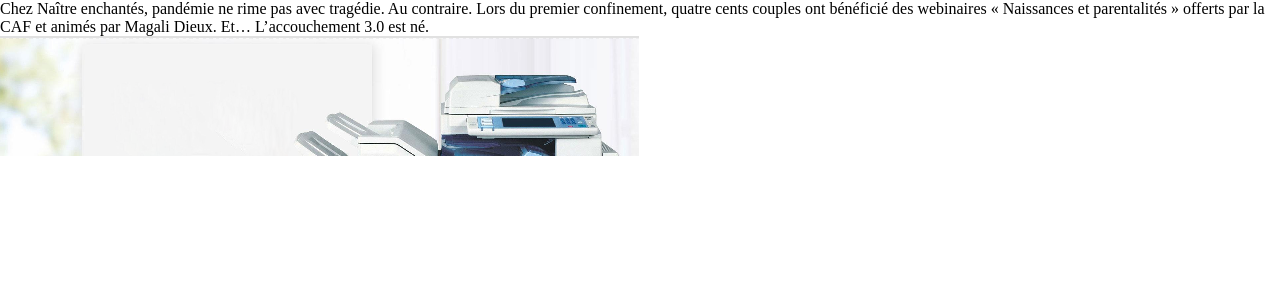
Repository: clairedupuich/kong_jian
Page: sllider_simple/index.html
An editor plug-in stored every save of this project. The page is shown before and after the next save, followed by the edit.
The browser window is 1280 px wide. The pictures show the whole page.

Above is the page before, as saved 2020-12-07 22:37:17.

After the next save:
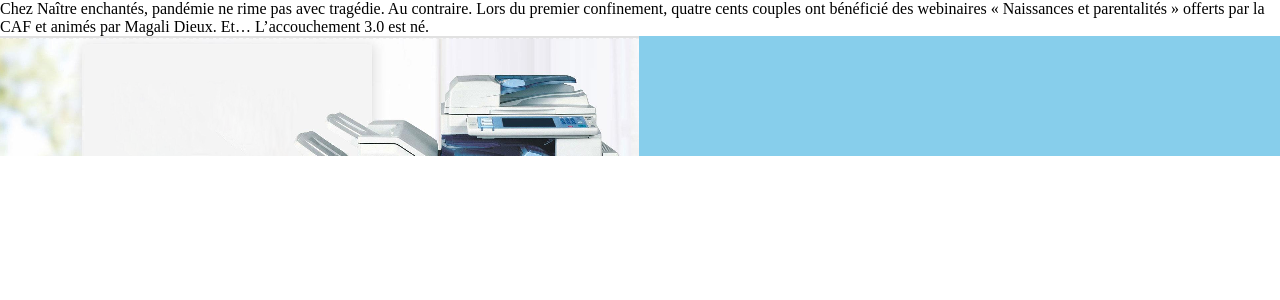
Saved 6 s later.
--- a/sllider_simple/style.css
+++ b/sllider_simple/style.css
@@ -31,7 +31,7 @@ ul {
 
 #img_list li {
     float: left;
-    width: 100%
+    width: 100%;
     height: 120px;
 }
 

After the 2 saves that followed:
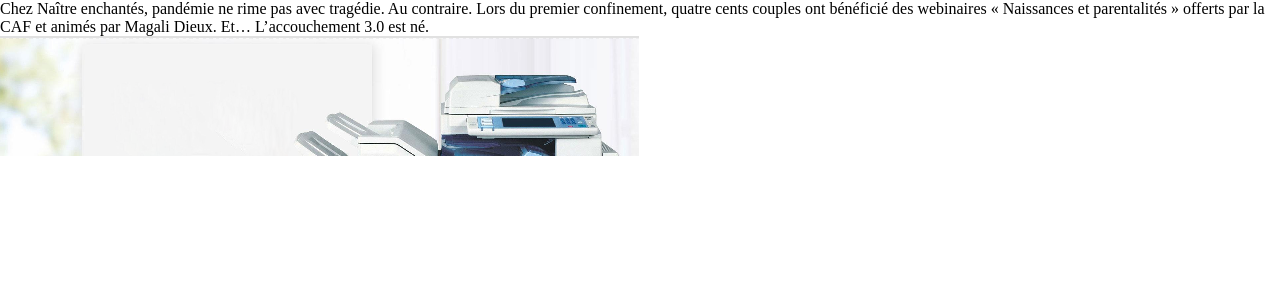
The 2 saves are shown as one change because they came seconds apart.
The last was saved 14 s later.
--- a/sllider_simple/style.css
+++ b/sllider_simple/style.css
@@ -35,7 +35,7 @@ ul {
     height: 120px;
 }
 
-#a {
+/* #a {
     background: #87ceeb;
 }
 
@@ -45,4 +45,4 @@ ul {
 
 #c {
     background: #98fb98;
-}
+} */
